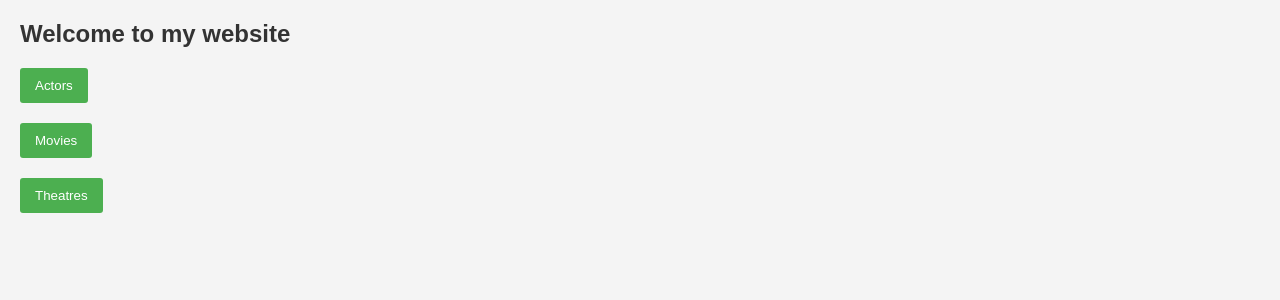
Repository: Rohit-Sarkar55/microservice-Springboot
Page: http://localhost/movie-web/views/index.jsp
The author's editor kept a copy of each file at every save. The page is drawn from the files as they stood at one save, then again after the next save.
The browser window is 1280 px wide. The pictures show the whole page.
The page is served by Tomcat 9. Other server files are loaded and not shown.

Above is the page before, as saved 2024-01-18 08:33:39.

### movie-web/src/main/webapp/views/index.jsp
<%@ page language="java" contentType="text/html; charset=ISO-8859-1"
    pageEncoding="ISO-8859-1"%>
<!DOCTYPE html>
<html>
<head>
<meta charset="ISO-8859-1">
<title>Insert title here</title>
	<style>
        body {
            font-family: Arial, sans-serif;
            background-color: #f4f4f4;
            margin: 20px;
        }

        h2 {
            color: #333;
        }

        form {
            margin-bottom: 20px;
        }

        input[type="submit"] {
            background-color: #4CAF50;
            color: white;
            padding: 10px 15px;
            border: none;
            border-radius: 3px;
            cursor: pointer;
        }

        input[type="submit"]:hover {
            background-color: #45a049;
        }
    </style>



</head>
<body>
	<h2>Welcome to my website </h2>
	<form action="actors" method="post">
		<input type="submit" value="Actors">
	</form>

	<form action="movies" method="post">
		<input type="submit" value="Movies">
	</form>

	<form action="theatres" method="post">
		<input type="submit" value="Theatres">
	</form>
</body>
</html>

After the next save:
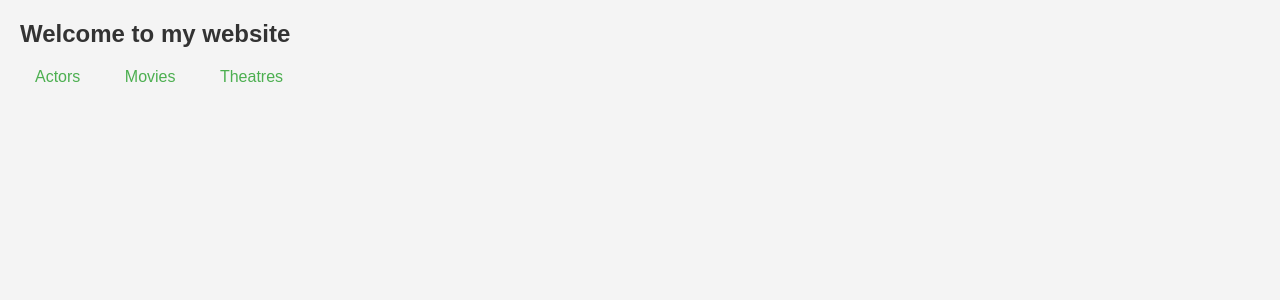
Saved 2 min 29 s later.
--- a/movie-web/src/main/webapp/views/index.jsp
+++ b/movie-web/src/main/webapp/views/index.jsp
@@ -1,4 +1,61 @@
 <%@ page language="java" contentType="text/html; charset=ISO-8859-1"
+    pageEncoding="ISO-8859-1"%>
+<!DOCTYPE html>
+<html>
+<head>
+<meta charset="ISO-8859-1">
+<title>Insert title here</title>
+	<style>
+        body {
+            font-family: Arial, sans-serif;
+            background-color: #f4f4f4;
+            margin: 20px;
+        }
+
+        h2 {
+            color: #333;
+        }
+
+        nav {
+            margin-bottom: 20px;
+        }
+
+        nav a {
+            text-decoration: none;
+            padding: 10px 15px;
+            margin-right: 10px;
+            color: #4CAF50;
+        }
+
+        nav a:hover {
+            background-color: #45a049;
+            color: white;
+        }
+    </style>
+</head>
+<body>
+	<h2>Welcome to my website </h2>
+	<nav>
+		<a href="actors">Actors</a>
+		<a href="movies">Movies</a>
+		<a href="theatres">Theatres</a>
+	</nav>
+</body>
+</html>
+
+
+
+
+
+
+
+
+
+
+
+
+
+<%-- <%@ page language="java" contentType="text/html; charset=ISO-8859-1"
     pageEncoding="ISO-8859-1"%>
 <!DOCTYPE html>
 <html>
@@ -51,4 +108,4 @@
 		<input type="submit" value="Theatres">
 	</form>
 </body>
-</html>
+</html> --%>
